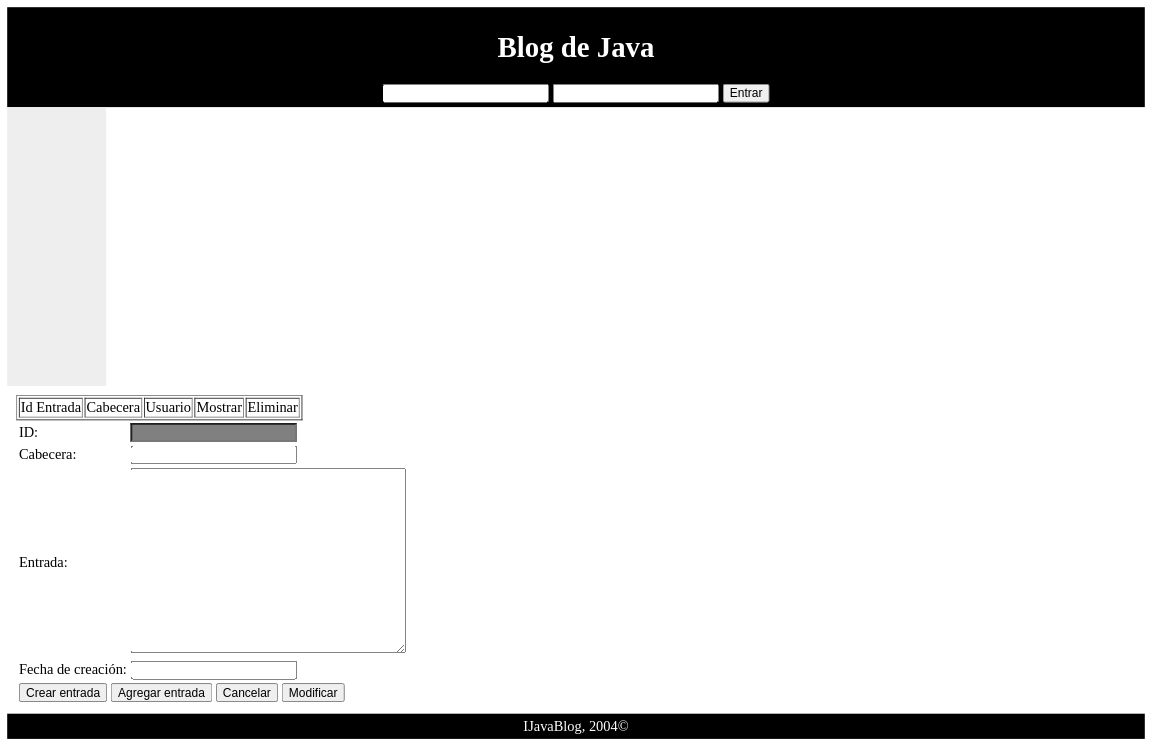
Repository: alruis/IJavaDreamBlog
Page: http://localhost/IJavaBlog/jsp/blog/inicio.jsp
These files come from the project's save history. The page is drawn as it stood at one moment and after the next save; the edit follows.
The browser window is 1280 px wide. The page is 1292 px wide, so the pictures cover 1292 px, including what lies to the right of the window. The pictures show the whole page, at 90% of full size.
The page is served by Tomcat 9. Nobody is signed in. The application's start-up code is not run. Other server files are loaded and not shown. The template is opened directly, without the code that normally fills it, so the values that code supplies are empty.

Above is the page before, as saved 2014-09-25 07:57:41.
Console error: ReferenceError: init is not defined

### IJavaBlog/WebContent/jsp/blog/inicio.jsp
<%@ page language="java" contentType="text/html; charset=UTF-8"
    pageEncoding="UTF-8"%>
     <%@page import="model.Entrada"%>
 <%@page import="java.util.List"%>
<%@ taglib prefix="c" uri="http://java.sun.com/jsp/jstl/core" %>
<%@ taglib prefix="form" uri="http://www.springframework.org/tags/form" %>
<!DOCTYPE html>
<html>
<head>
	<meta charset="UTF-8">
	<title>IJavaBlog</title>
	<!-- <link href="css/comun.css" rel="stylesheet" type="text/css" />  -->
	<!-- <link href="css/bootstrap.css" rel="stylesheet" type="text/css" />   -->


	<style type="text/css">



	td.entradas{
	text-align: left;
	}

	div.enlaces{
 	line-height:30px;
    background-color:#eeeeee;
    height:300px;
    width:100px;
    float:left;
    padding:5px;

	}
	div.entradas{
	width:100%;
    float:left;
    padding:10px;

	}

	div.cuerpo{

	}


	div.cabecera{
	 background-color:black;
    color:white;
    text-align:center;
    padding:5px;

	}

	div.pie{
	 background-color:black;
    color:white;
    clear:both;
    text-align:center;
   padding:5px;

	}

	div.navegacion{
	 line-height:30px;
    background-color:#eeeeee;
    height:300px;
    width:100px;
    float:left;
    padding:5px;
	}




	</style>

	<script>

	const AGREGAR = 0;
		const MODIFICAR = 1;




		var confirmar = function() {
			var confirmado = confirm("Seguro que deseas eliminar la entrada?");
			return confirmado; // true o false
		};

		var guardar = function(op) {
			var form = document.forms.entradaForm;

			if (op == AGREGAR)
				form.action = "agregarEntrada.blog";
			else if (op == MODIFICAR)
				form.action = "modificarEntrada.blog";

			form.submit();
		};



	</script>


</head>
<body  onload="init()">


	<div id="cabecera" class="cabecera"><%@ include file="cabecera.jsp" %></div>

		<div id="errores">
		<c:forEach var="e" items="${errores}">
			${e}<br/>
		</c:forEach>

</div>
	<div id="body" class="cuerpo" >

	<div id="navegacion" class="navegacion"></div>

	<div id="entradas" class="entradas" >
		<table id="tablaEntradas" border="1">


		<tbody id="tbodyEntradas" >
		<thead>
		<tr><td>Id Entrada</td>
		<td>Cabecera</td>
		<td>Usuario</td>
	<td>Mostrar</td>
		<td>Eliminar</td></tr>

		</thead>
		<%
			// Obteniendo personas que son enviadas desde el Controlador
			List<Entrada> entradas = (List<Entrada>)
			request.getAttribute("entradas");

			if (entradas != null) {
				int num = 1;
				for (Entrada ent : entradas) {
		%>

					<tr>

						<td><%= ent.getIdEntrada() %></td>
						<td><%= ent.getCabeceraEntrada() %></td>
						<td>Creada por el usuario: <%= ent.getIdusuario() %></td>
						<td><a href="mostrar.blog?idEntrada=<%= ent.getIdEntrada() %>"> Mostrar	</a>
						</td>
						<td><a
								href="eliminar.blog?idEntrada=<%= ent.getIdEntrada() %>"
								onclick="return confirmar()" >Eliminar
							</a>
						</td>
					</tr>

		<%
				}
			}
		%>
		</tbody>
	</table>


	<!--   <h1>Crear entrada</h1> -->
	<form:form action="agregarEntrada.blog" commandName="entradaForm" method="post">
		<table>
		<tr>
				<td>ID:</td>
				<td><form:input path="idEntrada" readonly="true" cssStyle="background-color: gray;color:white;"/> </td>
			</tr>
			<tr>
				<td>Cabecera:</td>
				<td><form:input path="cabeceraEntrada"/> </td>
			</tr>
			<tr>
				<td>Entrada:</td>
				<td><form:textarea cssStyle="width:300px;height:200px" path="entrada" /> </td>
			</tr>

			<tr>
				<td>Fecha de creación:</td>
				<td><form:input path="fechaCreacion"/> </td>
			</tr>
			<tr>
				<td colspan="2">
					<input type="submit" value="Crear entrada"/>
					<input type="button" value="Agregar entrada" onclick="guardar(AGREGAR)"/>
				<input type="button" value="Cancelar" onclick="window.location.href='inicio.blog'"/>
				<input type="button" value="Modificar" onclick="guardar(MODIFICAR)"/>
				</td>
			</tr>
		</table>
	</form:form>
	</div> <!--  Cierre de div de entradas -->
	</div> <!--  Cierre de div de body -->

	<div class="pie">
	<%@ include file="pie.jsp" %>
	</div>

</body>
</html>

### IJavaBlog/WebContent/jsp/blog/cabecera.jsp
<%@ page language="java" contentType="text/html; charset=UTF-8"
    pageEncoding="UTF-8"%>
<%@ taglib prefix="c" uri="http://java.sun.com/jsp/jstl/core" %>

<!--  <link href="css/cabecera.css" rel="stylesheet" type="text/css" /> -->
<div id="cabecera">
	<form action="autenticar.blog" method="post">
	<div onclick="javascript:location.href='index.blog'"><h1>Blog de Java</h1></div>
	<div>
		<c:choose>
			<c:when test="${empty sessionScope.usuario}">
				<input type="text" name="correo" />
				<input type="text" name="clave" />
				<input type="submit" value="Entrar" />
			</c:when>
			<c:otherwise>
			<span style="text-align: right;">
				Bienvenido, ${sessionScope.usuario.correo }
				<a href="cerrarSesion.blog">Cerrar sesión</a>
			</span>
			</c:otherwise>
		</c:choose>
	</div>
	</form>
</div>

### IJavaBlog/WebContent/jsp/blog/pie.jsp
<%@ page language="java" contentType="text/html; charset=UTF-8"
    pageEncoding="UTF-8"%>
<div id="pie">
	IJavaBlog, 2004&copy;
</div>

After the next save:
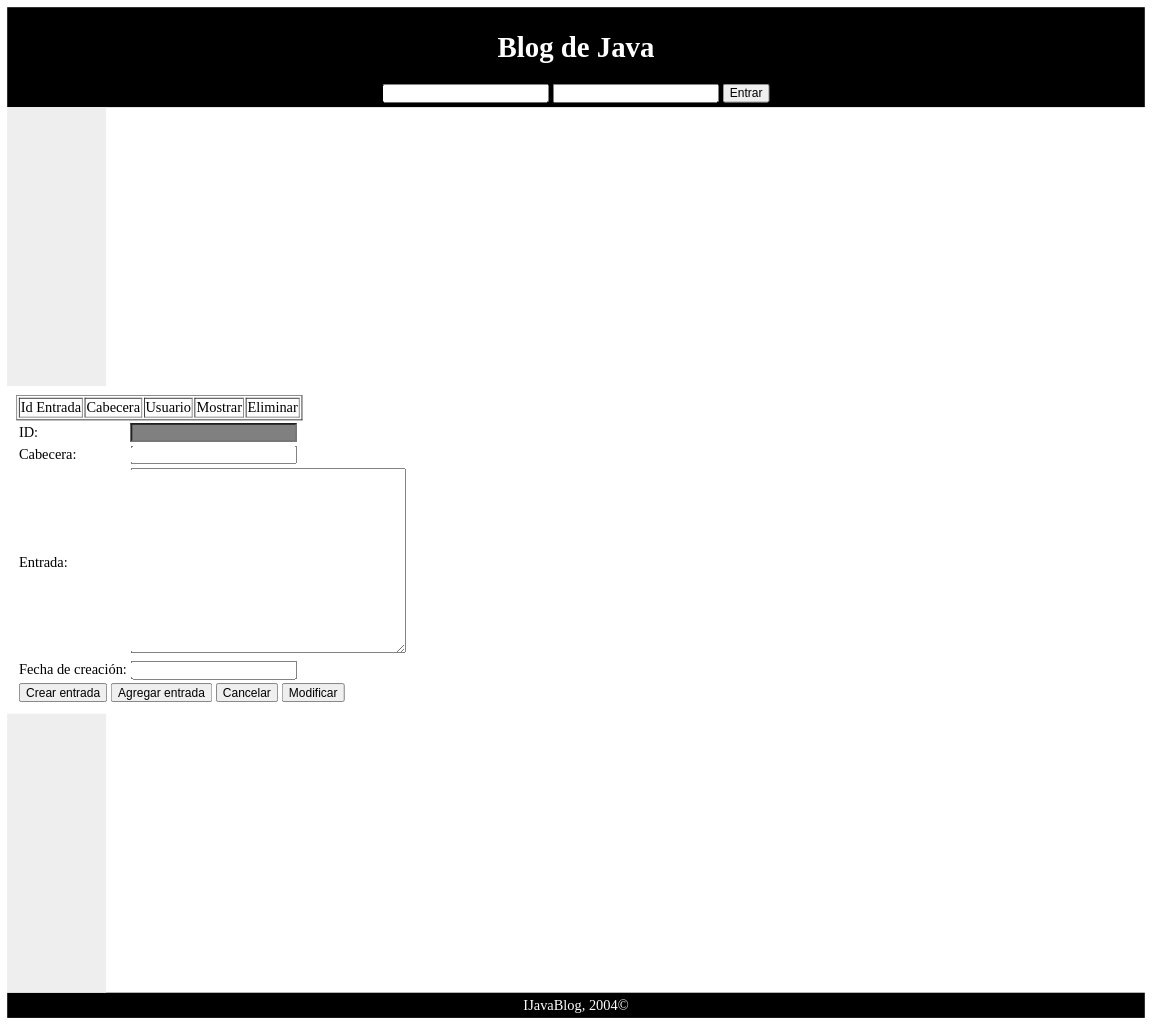
Saved 28 s later.
--- a/IJavaBlog/WebContent/jsp/blog/inicio.jsp
+++ b/IJavaBlog/WebContent/jsp/blog/inicio.jsp
@@ -194,6 +194,8 @@
 		</table>
 	</form:form>
 	</div> <!--  Cierre de div de entradas -->
+
+	<div id="enlaces" class="navegacion"></div>
 	</div> <!--  Cierre de div de body -->
 
 	<div class="pie">
